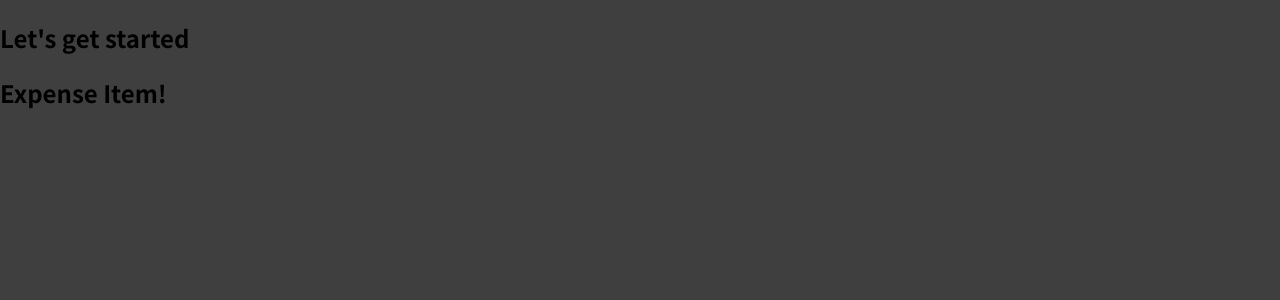
Repository: runner855/expense-tracker
Page: /
An editor plug-in stored every save of this project. The page is shown before and after the next save, followed by the edit.
The browser window is 1280 px wide. The pictures show the whole page.
The project was rebuilt for these pictures with package versions that can differ from the ones it lists, and the page was loaded fresh each time.

Above is the page before, as saved 2022-09-02 11:08:08.

After the next save:
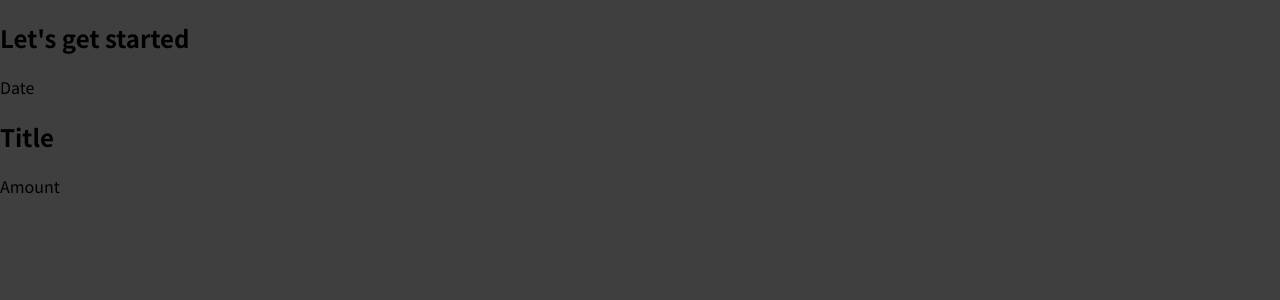
Saved 5 min 51 s later.
--- a/src/components/ExpenseItem.js
+++ b/src/components/ExpenseItem.js
@@ -3,7 +3,13 @@ import React from 'react';
 
 const ExpenseItem = () => {
   return (
-    <h2>Expense Item!</h2>
+    <div>
+      <div>Date</div>
+      <div>
+        <h2>Title</h2>
+        <div>Amount</div>
+      </div>
+    </div>
   );
 }
 
